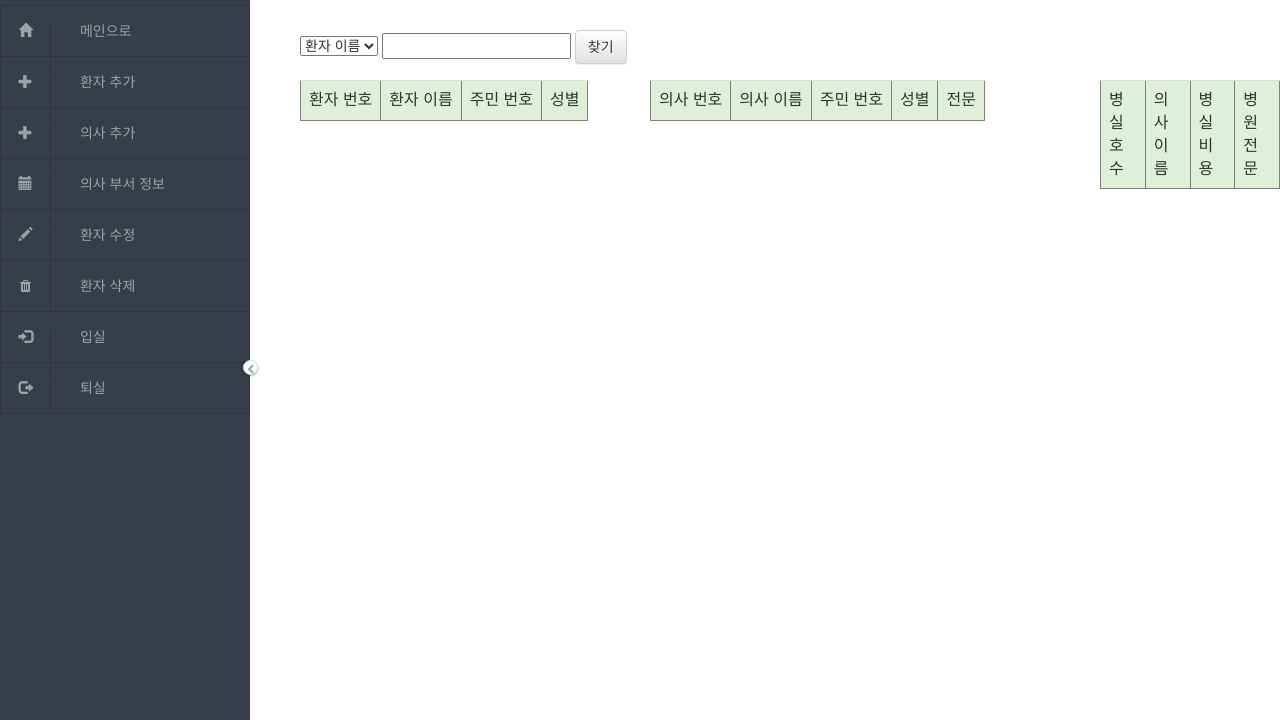
Repository: qaws1134/Hospital_manager
Page: http://localhost/project/main.jsp
The author's editor kept a copy of each file at every save. The page is drawn from the files as they stood at one save, then again after the next save.
The browser window is 1280 px wide. The pictures show the whole page.
Some web libraries are served in a nearby version. The page is served by Tomcat 9. Other server files are loaded and not shown. The template is opened directly, without the code that normally fills it, so the values that code supplies are empty.

Above is the page before, as saved 2017-12-09 17:20:18.
Console error (its wording comes from the project's code and is left out).

### project/WebContent/main.jsp
<%@ page language="java" contentType="text/html; charset=UTF-8"
    pageEncoding="UTF-8"%>
<%@ taglib uri="http://java.sun.com/jsp/jstl/core" prefix="c" %>

<html lang="kr">
	<head>

	<meta http-equiv="Content-Type" content="text/html" charset="UTF-8">
	<title>http://www.blueb.co.kr</title>
<link rel="stylesheet" href="http://netdna.bootstrapcdn.com/font-awesome/4.3.0/css/font-awesome.min.css">
<!-- 합쳐지고 최소화된 최신 CSS -->
<link rel="stylesheet" href="https://maxcdn.bootstrapcdn.com/bootstrap/3.3.2/css/bootstrap.min.css">
<!-- 부가적인 테마 -->
<link rel="stylesheet" href="https://maxcdn.bootstrapcdn.com/bootstrap/3.3.2/css/bootstrap-theme.min.css">

<!-- 합쳐지고 최소화된 최신 자바스크립트 -->
<script src="https://maxcdn.bootstrapcdn.com/bootstrap/3.3.2/js/bootstrap.min.js"></script>

<style type="text/css">
input[type="checkbox"]#menu_state {
  display: none;
}
input[type="checkbox"]:checked ~ nav {
  width: 250px;
}
input[type="checkbox"]:checked ~ nav label[for="menu_state"] i::before {
  content: "\f053";
}
input[type="checkbox"]:checked ~ nav ul {
  width: 100%;
}
input[type="checkbox"]:checked ~ nav ul li a i {
  border-right: 1px solid #2f343e;
}
input[type="checkbox"]:checked ~ nav ul li a span {
  opacity: 1;
  transition: opacity 0.25s ease-in-out;
}
input[type="checkbox"]:checked ~ main {
  left: 250px;
}
nav {
  position: fixed;
  z-index: 9;
  top: 0;
  left: 0;
  bottom: 0;
  background: #383e49;
  color: #9aa3a8;
  width: 50px;
  font-family: 'Montserrat', sans-serif;
  font-weight: lighter;
  transition: all 0.15s ease-in-out;
}
nav label[for="menu_state"] i {
  cursor: pointer;
  position: absolute;
  top: 50%;
  right: -8px;
  box-shadow: 0 1px 3px rgba(0,0,0,0.12), 0 1px 2px rgba(0,0,0,0.24);
  background: #fff;
  font-size: 10px;
  display: flex;
  justify-content: center;
  align-items: center;
  height: 15px;
  width: 15px;
  border-radius: 50%;
  border: 1px solid #ddd;
  transition: width 0.15s ease-in-out;
  z-index: 1;
}
nav label[for="menu_state"] i::before {
  margin-top: 2px;
  content: "\f054";
}
nav label[for="menu_state"] i:hover {
  box-shadow: 0 10px 20px rgba(0,0,0,0.19), 0 6px 6px rgba(0,0,0,0.23);
}
nav ul {
  overflow: hidden;
  display: block;
  width: 50px;
  list-style-type: none;
  padding: 0;
  margin: 0;
}
nav ul li {
  border: 1px solid #2f343e;
  position: relative;
}
nav ul li.unread:after {
  content: attr(data-content);
  position: absolute;
  top: 10px;
  left: 25px;
  display: flex;
  justify-content: center;
  align-items: center;
  width: 15px;
  height: 15px;
  border-radius: 50%;
  color: #fff;
  background: #ef5952;
  font-size: 8px;
}
nav ul li:not(:last-child) {
  border-bottom: none;
}
nav ul li.active a {
  background: #4c515d;
  color: #fff;
}
nav ul li a {
  position: relative;
  display: block;
  white-space: nowrap;
  text-decoration: none;
  color: #9aa3a8;
  height: 50px;
  width: 100%;
  transition: all 0.15s ease-in-out;
}
nav ul li a:hover {
  background: #4c515d;
  color: #fff;
}
nav ul li a * {
  height: 100%;
  display: inline-block;
}
nav ul li a i {
  text-align: center;
  width: 50px;
  z-index: 999999;
}
nav ul li a i.fa {
  line-height: 50px;
}
nav ul li a span {
  padding-left: 25px;
  opacity: 0;
  line-height: 50px;
  transition: opacity 0.1s ease-in-out;


}

</style>
</head>

<body>
<input type="checkbox" id="menu_state" checked>
<nav>
	<label for="menu_state"><i class="fa"></i></label>
	<ul>
    <li>
      <a href="main.do">
        <i class="glyphicon glyphicon-home"></i>
        <span>메인으로</span>   <!--환자 대기 목록,병실 목록 및 현황-->
      </a>
    </li>
		<li>
			<a href="P_addui.do">
				<i class="glyphicon glyphicon-plus"></i>
				<span>환자 추가</span>
			</a>
		</li>
		<li>
			<a href="D_addui.do">
				<i class="glyphicon glyphicon-plus"></i>
				<span>의사 추가</span>
			</a>
		</li>

		<li>
			<a href="D_clsif.do">
				<i class="glyphicon glyphicon-calendar"></i>
				<span>의사 부서 정보</span>
			</a>
		</li>

		<li>
			<a href="cristal.do">
				<i class="glyphicon glyphicon-pencil"></i>
				<span>환자 수정</span>
			</a>
		</li>
		<li>
			<a href="delsel.do">
				<i class="fa fa-trash"></i>
				<span>환자 삭제</span>
			</a>
		</li>
      <li>
      <a href="insel.do">
        <i class="glyphicon glyphicon-log-in"></i>
        <span>입실</span>
      </a>
    </li>
        <li>
      <a href="javascript:void(0)">
        <i class="glyphicon glyphicon-log-out"></i>
        <span>퇴실</span>
      </a>
    </li>
	</ul>
</nav>
<section style="position:absolute; top:30px;left:300px">
<form action="search.do">
	<select name ="searchName"size ="1">
		<option value="p_name">환자 이름</option>
		<option value="d_name">의사 이름</option>
		<option value="d_cls">병원 종류</option>
	</select>
	<input type="text" name="searchValue"  >
	<input type="submit"  value="찾기" class="btn btn-default">
</form>
</section>

<!-- 환자 정보	 -->
<section style="position:absolute; top:80px;left:300px">
      <table border="1" class="table table-striped">
      	<tr  class="success">
      		<td>환자 번호</td>
      		<td>환자 이름</td>
      		<td>주민 번호</td>
      		<td>성별</td>
      	</tr>

      	<c:forEach items="${P_list}" var="dto">
	      	<tr>
	      		<td>${dto.p_NUM}</td>
	      		<td>${dto.p_NAME}</td>
	      		<td>${dto.p_PERNUM}</td>
	      		<td>${dto.p_GENDER }</td>
	      	</tr>
		</c:forEach>
      </table>
</section>
<!-- 의사 정보 -->
<section style="position:absolute; top:80px;left:650px">
     <table border="1" class="table table-striped">
      	<tr  class="success">
      		<td>의사 번호</td>
      		<td>의사 이름</td>
      		<td>주민 번호</td>
      		<td>성별</td>
      		<td>전문</td>
      	</tr>


      	<c:forEach items="${D_list}" var="dto">
	      	<tr>
	      		<td>${dto.d_NUM}</td>
	      		<td>${dto.d_NAME}</td>
	      		<td>${dto.d_PERNUM}</td>
	      		<td>${dto.d_GENDER }</td>
	      		<td>${dto.d_CLS}</td>
	      	</tr>
		</c:forEach>
      </table>
</section>

<!-- 병실 정보 -->
<section style="position:absolute; top:80px;left:1100px">
      <table border="1" class="table table-striped">
      	<tr  class="success">
      		<td>병실 호수</td>
      		<td>의사 이름</td>
      		<td>병실 비용</td>
  			<td>병원 전문</td>


      	</tr>

      	<c:forEach items="${D_inshow}" var="dto">
	      	<tr>
	      		<td>${dto.h_NUM}호</td>
	      		<td>${dto.d_NAME}</td>
	      		<td>${dto.h_COST}</td>
	      		<td>${dto.d_CLS}</td>
	      	</tr>
		</c:forEach>
      </table>
</section>

<!--
<section style="position:absolute; top:400px;left:300px">
     <table border="1">
		<tr>
      	<c:forEach items="${D_list}" var="dto">
	      		<td>${dto.d_NUM}</td>
	      		<td>${dto.d_NAME}</td>
	      		<td>${dto.d_PERNUM}</td>
	      		<td>${dto.d_GENDER }</td>
	      		<td>${dto.d_CLS}</td>
		</c:forEach>
		</tr>
		<tr>
      	<c:forEach items="${D_list}" var="dto">
	      		<td>${dto.d_NUM}</td>
	      		<td>${dto.d_NAME}</td>
	      		<td>${dto.d_PERNUM}</td>
	      		<td>${dto.d_GENDER }</td>
	      		<td>${dto.d_CLS}</td>
		</c:forEach>
		</tr>
		<tr>
      	<c:forEach items="${D_list}" var="dto">
	      		<td>${dto.d_NUM}</td>
	      		<td>${dto.d_NAME}</td>
	      		<td>${dto.d_PERNUM}</td>
	      		<td>${dto.d_GENDER }</td>
	      		<td>${dto.d_CLS}</td>
		</c:forEach>
		</tr>
      </table>
</section>
-->



</body>
</html>

After the next save:
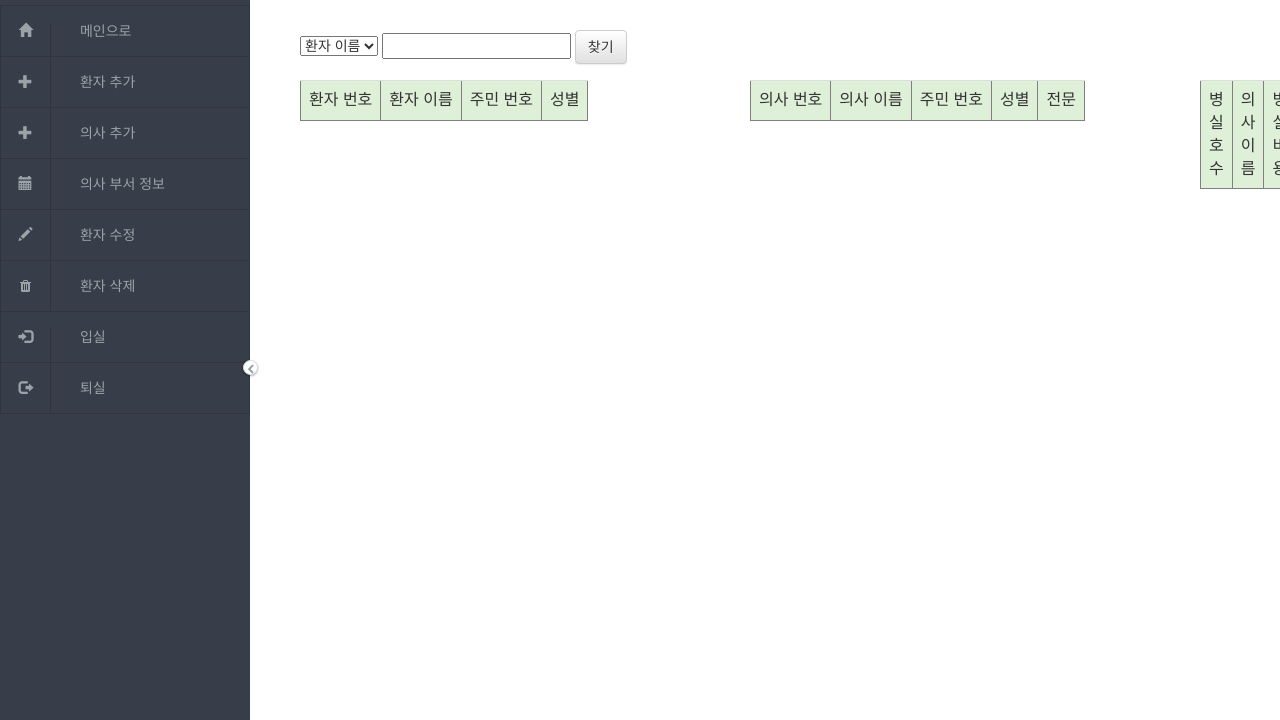
Saved 32 s later.
--- a/project/WebContent/main.jsp
+++ b/project/WebContent/main.jsp
@@ -239,7 +239,7 @@ nav ul li a span {
       </table>
 </section>
 <!-- 의사 정보 -->
-<section style="position:absolute; top:80px;left:650px">
+<section style="position:absolute; top:80px;left:750px">
      <table border="1" class="table table-striped">
       	<tr  class="success">
       		<td>의사 번호</td>
@@ -263,7 +263,7 @@ nav ul li a span {
 </section>
 
 <!-- 병실 정보 -->
-<section style="position:absolute; top:80px;left:1100px">
+<section style="position:absolute; top:80px;left:1200px">
       <table border="1" class="table table-striped">
       	<tr  class="success">
       		<td>병실 호수</td>
